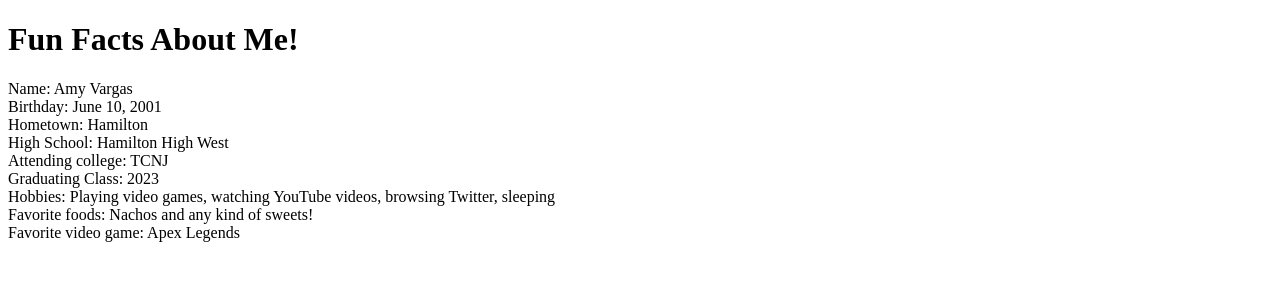
Repository: A-Vargas-GP/imm_my_website
Page: personal_site/personal_facts.html
The author's editor kept a record of every edit. The page is drawn from the files as they stood at one moment, then again after the next edit.
The browser window is 1280 px wide. The pictures show the whole page.

Above is the page before.

After the next edit:
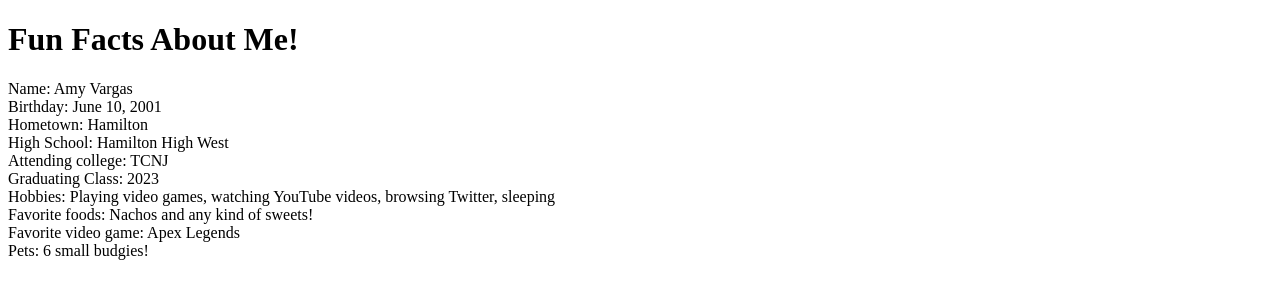
The edit:
--- a/personal_site/personal_facts.html
+++ b/personal_site/personal_facts.html
@@ -26,8 +26,7 @@
         </br>
         Favorite video game: Apex Legends
         </br>
-
-
+        Pets: 6 small budgies!
         </p>
     </body>
 </html>
